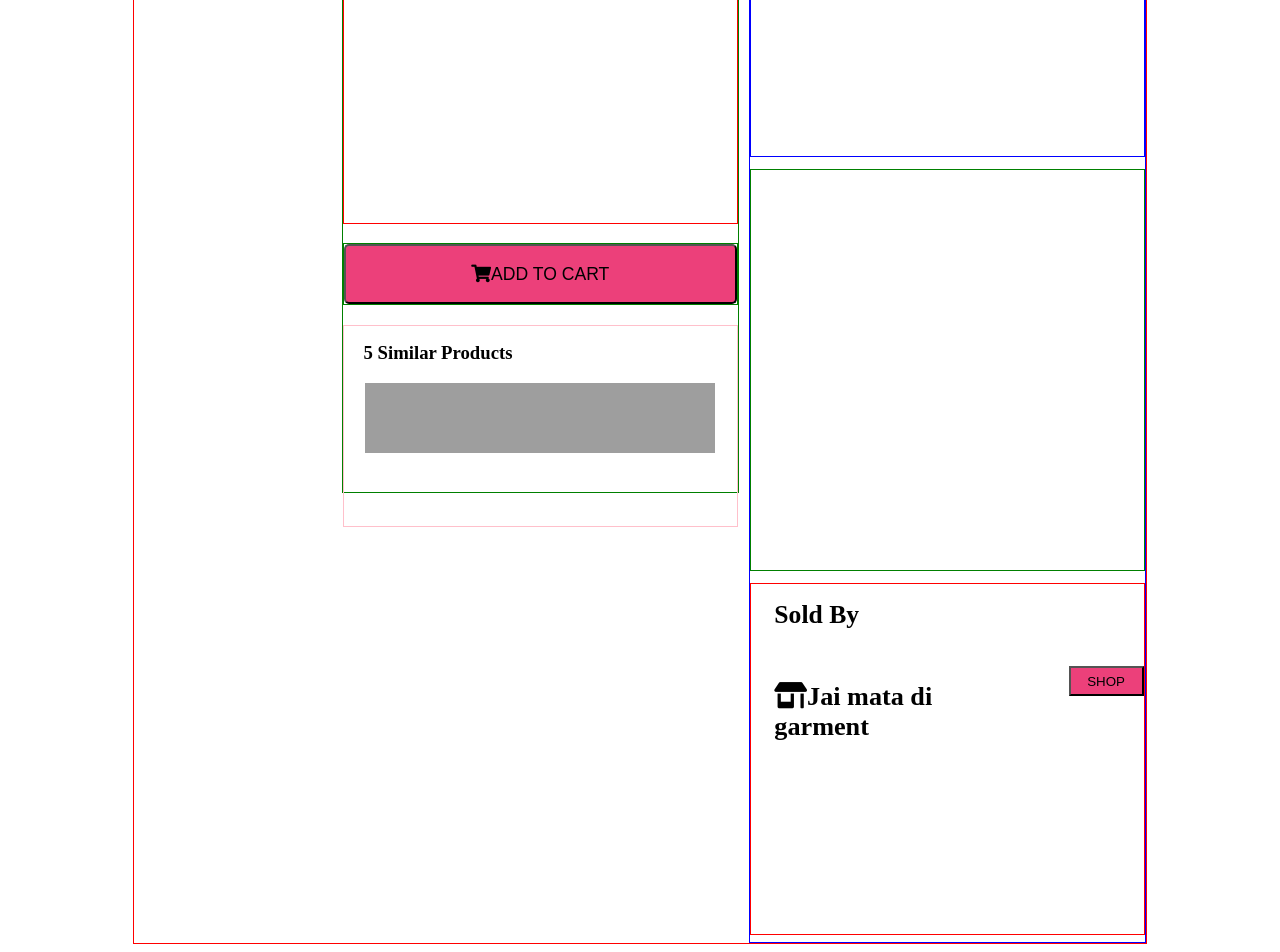
Repository: deepakxxxx/meesho
Page: catelog.html
The author's editor kept a copy of each file at every save. The page is drawn from the files as they stood at one save, then again after the next save.
The browser window is 1280 px wide. The pictures show the part of the page from y = 419 to 1371 px (the page is 1371 px tall).
Pictures or frames that could not be fetched are drawn as grey boxes. A picture or video elsewhere on the page could not be fetched, so the positions and the page height are approximate.

Above is the page before, as saved 2021-11-06 17:47:21.

After the next save:
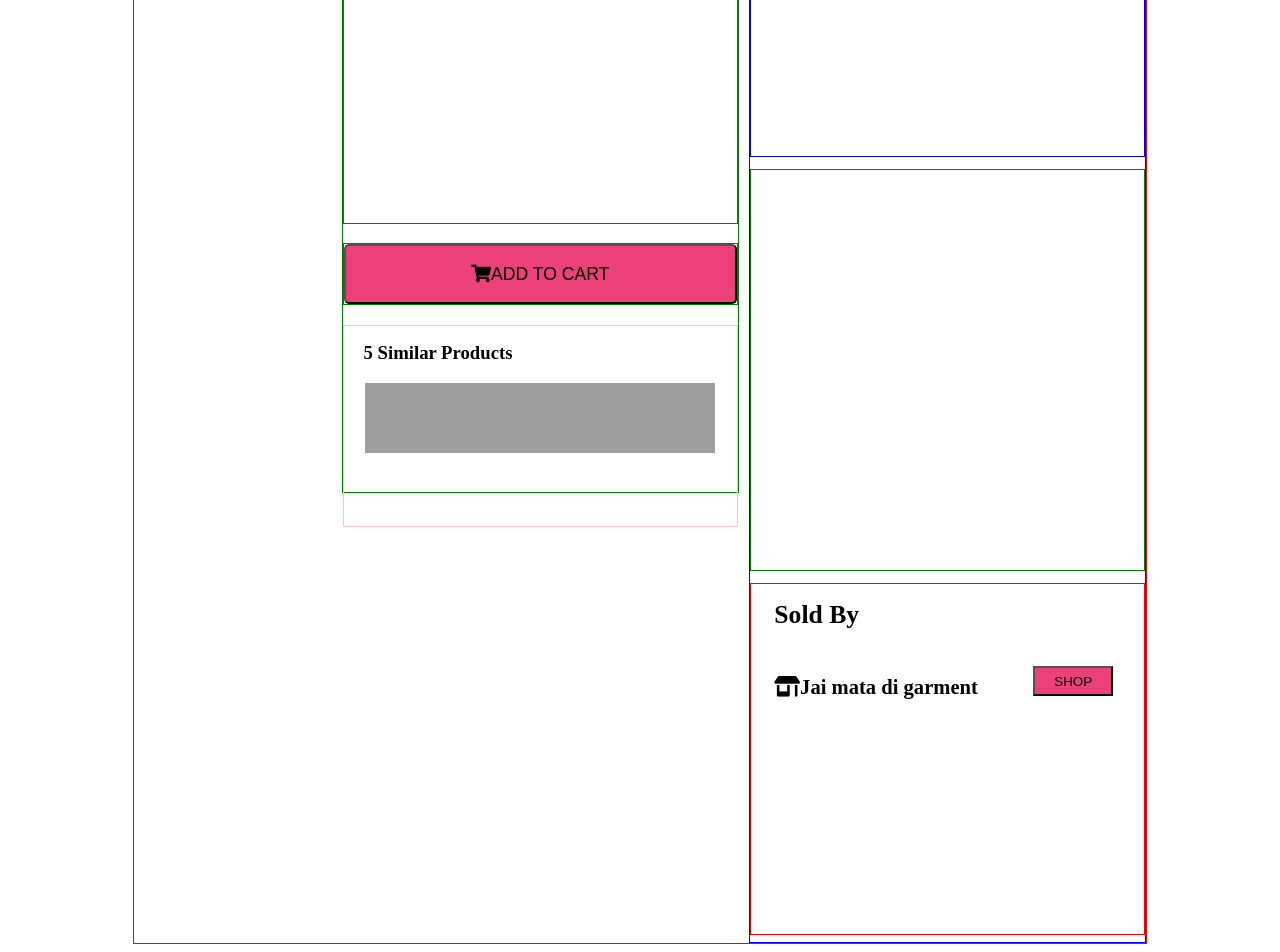
Saved 12 s later.
--- a/catelog.html
+++ b/catelog.html
@@ -221,7 +221,7 @@
         display: flex;
         margin-left: 6%;
         column-gap: 15%;
-        font-size: 140%;
+        font-size: 110%;
     }
     #sho > button{
         width: 80px;
